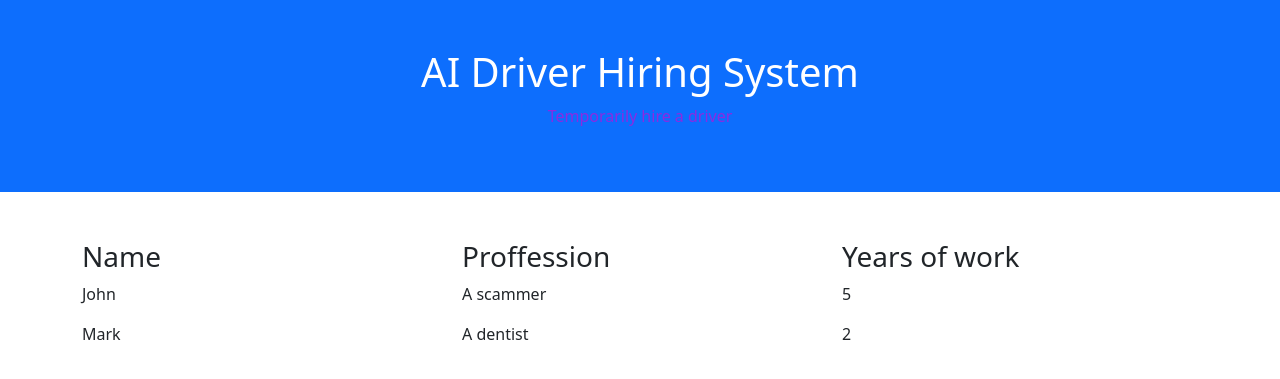
Repository: Wuda2000/AI-powered-Driver-hiring-system
Page: ONE.html
These files come from the project's save history. The page is drawn as it stood at one moment and after the next save; the edit follows.
The browser window is 1280 px wide. The pictures show the whole page.

Above is the page before, as saved 2024-12-23 22:21:21.

After the next save:
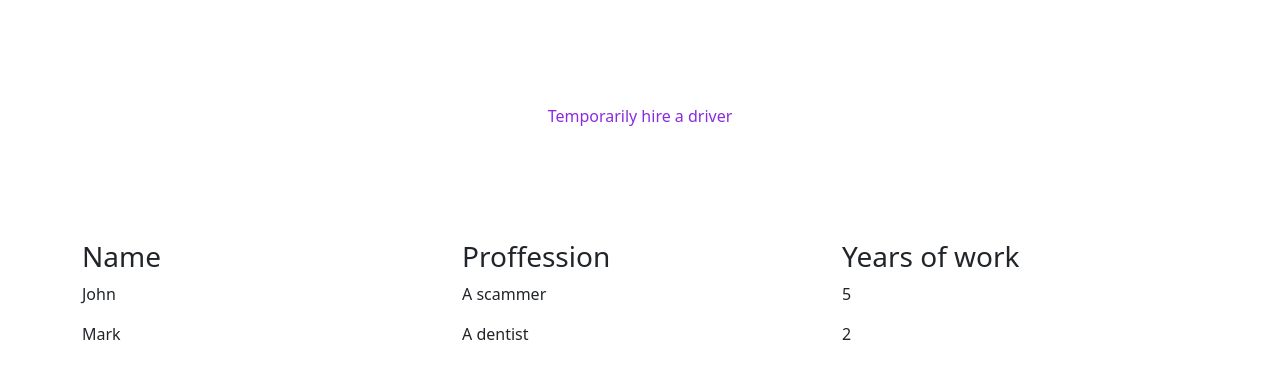
Saved 7 s later.
--- a/ONE.html
+++ b/ONE.html
@@ -10,7 +10,7 @@
 <body>
 
 
-    <div class="container-fluid p-5 bg-primary text-white text-center">
+    <div class="container-fluid p-5 bg: text-white text-center">
         <h1>AI Driver Hiring System</h1>
         <p style="color: blueviolet;">Temporarily hire a driver</p>
       </div>

After the 6 saves that followed:
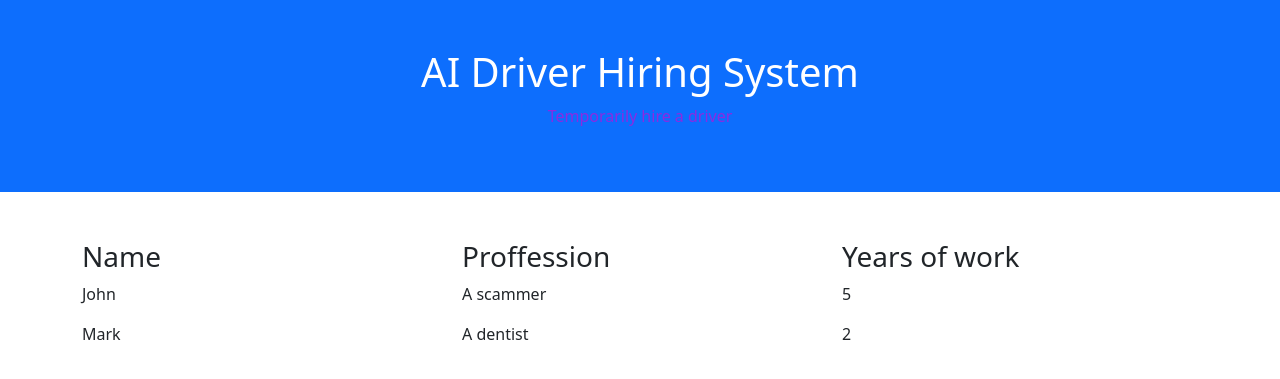
The 6 saves are shown as one change because 4 left the picture as it was and some came seconds apart.
The last was saved 48 s later.
--- a/ONE.html
+++ b/ONE.html
@@ -10,7 +10,7 @@
 <body>
 
 
-    <div class="container-fluid p-5 bg: text-white text-center">
+    <div class="container-fluid p-5 bg-primary text-white text-center">
         <h1>AI Driver Hiring System</h1>
         <p style="color: blueviolet;">Temporarily hire a driver</p>
       </div>
